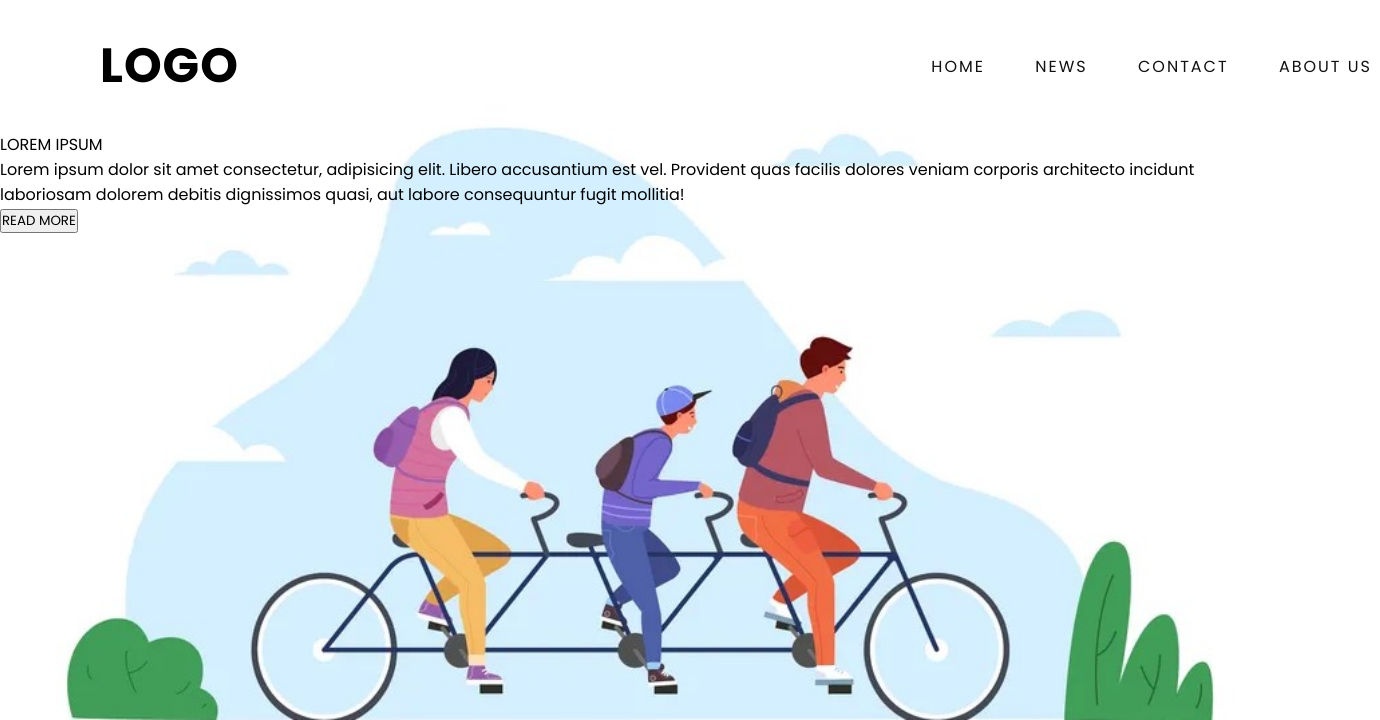
Repository: nganha241/1806
Page: index.html
An editor plug-in stored every save of this project. The page is shown before and after the next save, followed by the edit.
The browser window is 1280 px wide. The page is 1380 px wide, then 1280 px, so the pictures cover 1380 px, including what lies to the right of the window. The pictures show the whole page.

Above is the page before, as saved 2022-06-18 15:41:37.

After the next save:
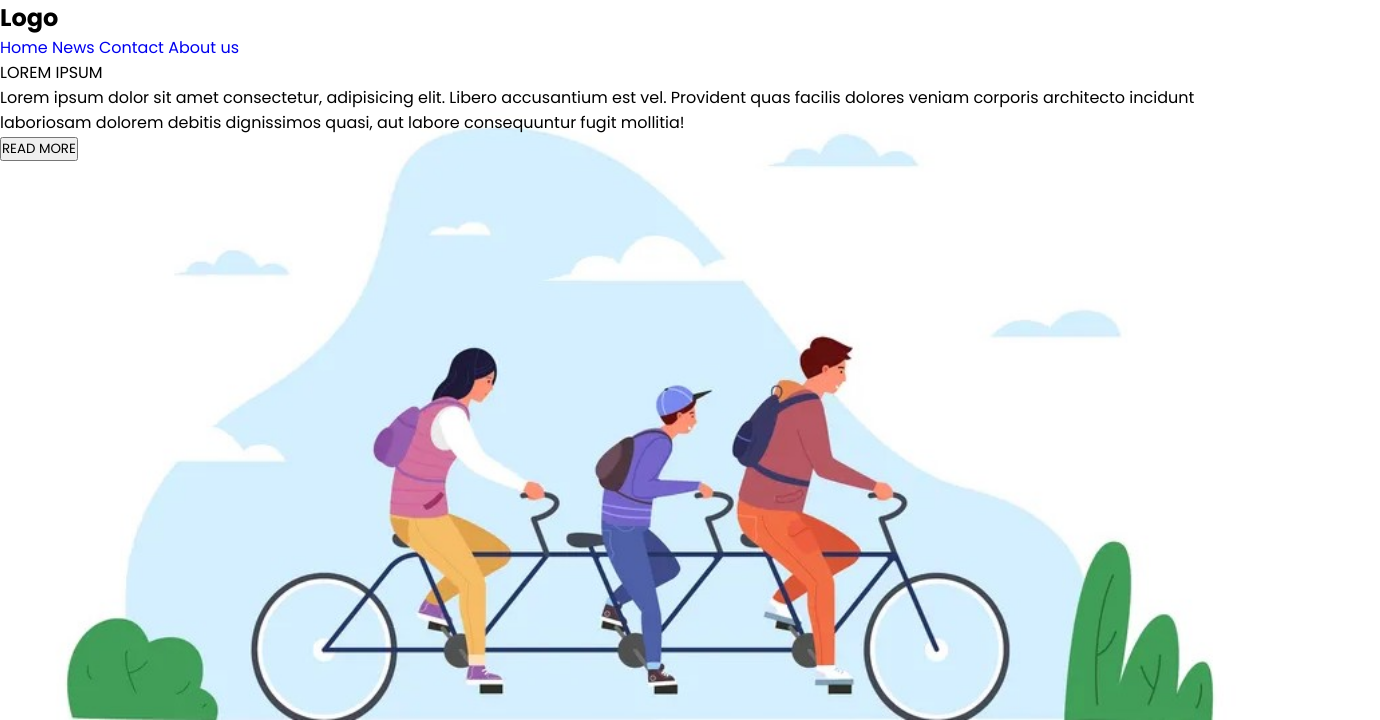
Saved 19 s later.
--- a/style.css
+++ b/style.css
@@ -22,7 +22,7 @@ section {
     background-position: center;
 }
 
-section header {
+/* section header {
     position: relative;
     top: 0;
     width: 100%;
@@ -56,4 +56,4 @@ section header {
 
 .navigation a:hover {
     background: rgb(102, 167, 252);
-}
+} */
